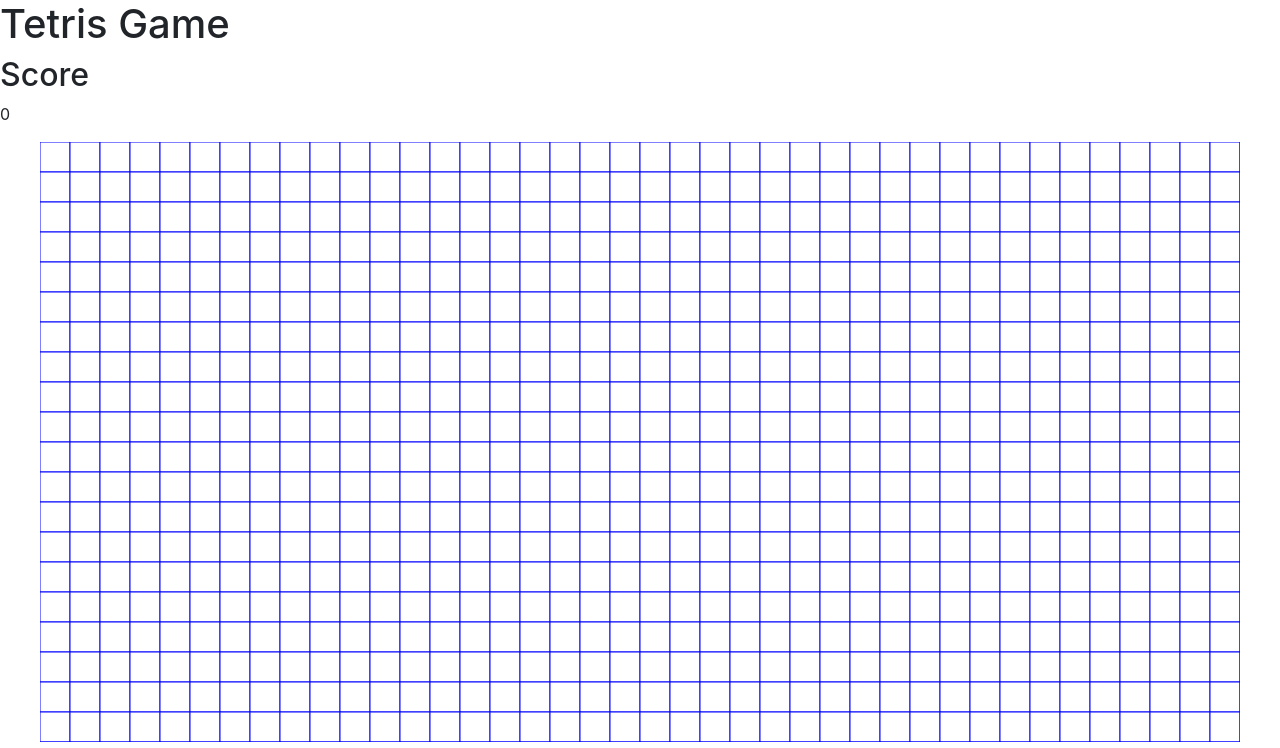
Repository: nlbien22/games
Page: Tetris/index.html
The author's editor kept a copy of each file at every save. The page is drawn from the files as they stood at one save, then again after the next save.
The browser window is 1280 px wide. The pictures show the whole page.

Above is the page before, as saved 2024-11-14 21:54:57.

After the next save:
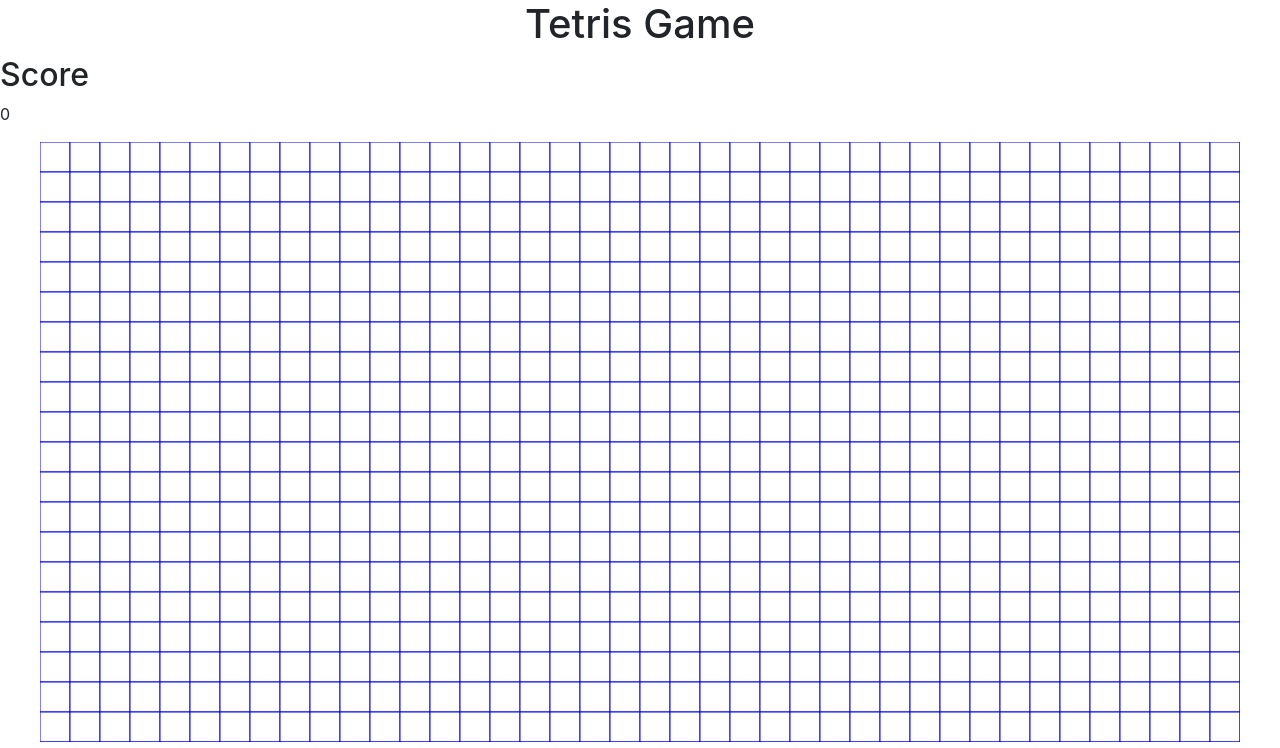
Saved 11 s later.
--- a/Tetris/index.html
+++ b/Tetris/index.html
@@ -8,7 +8,7 @@
     <link rel="stylesheet" href="https://stackpath.bootstrapcdn.com/bootstrap/4.5.2/css/bootstrap.min.css">
 </head>
 <body>
-    <h1>Tetris Game</h1>
+    <h1 class="text-center">Tetris Game</h1>
     <div class="score-box">
         <h2>Score</h2>
         <p id="score">0</p>
